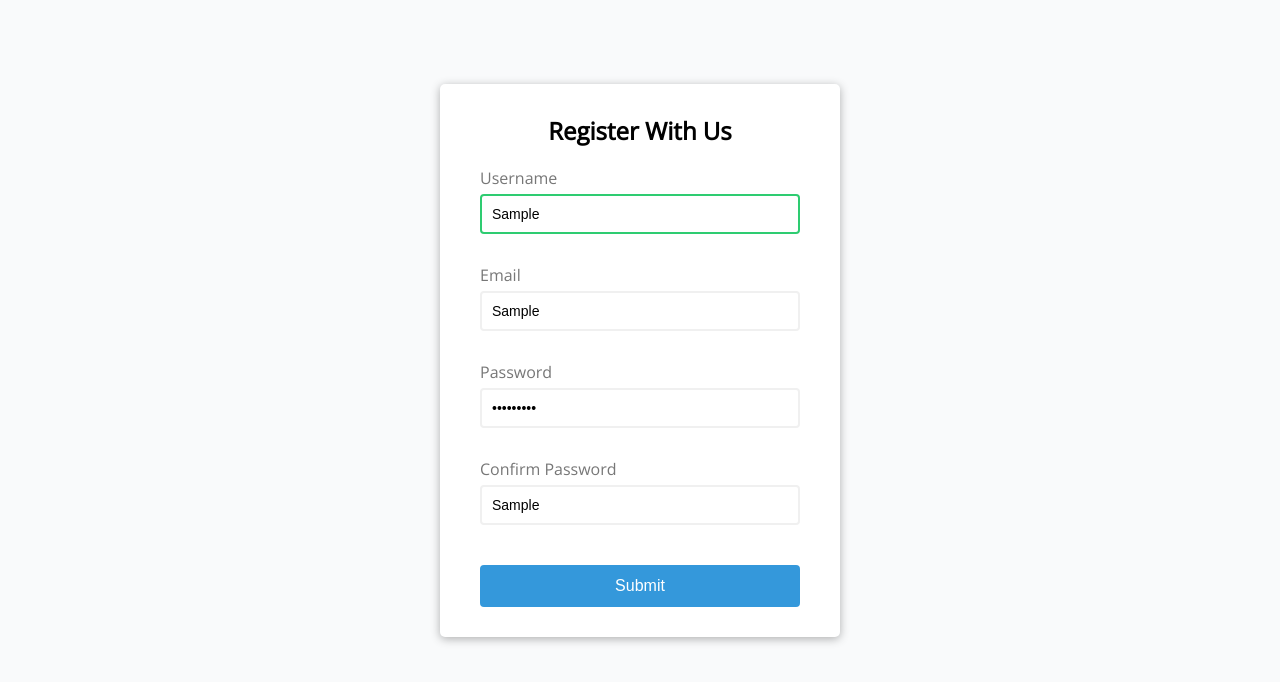
Repository: Youvelop/formValidator
Page: index.html
The author's editor kept a copy of each file at every save. The page is drawn from the files as they stood at one save, then again after the next save.
The browser window is 1280 px wide. The pictures show the whole page.
Empty fields were first filled with sample values (such as "Sample", 5 or name@example.com).
After loading, the first visible `#form` was submitted once.

Above is the page before, as saved 2020-06-25 19:16:23.

### index.html
<!DOCTYPE html>
<html lang="en">
  <head>
    <meta charset="UTF-8" />
    <meta name="viewport" content="width=device-width, initial-scale=1.0" />
    <link rel="stylesheet" href="style.css" />
    <title>Form Validator</title>
  </head>
  <body>
    <div class="container">
      <form id="form" class="form">
        <h2>Register With Us</h2>
        <div class="form-control">
          <label for="username">Username</label>
          <input type="text" id="username" placeholder="Enter username" />
          <small>Error Message</small>
        </div>
        <div class="form-control">
          <label for="email">Email</label>
          <input type="text" id="email" placeholder="Enter email" />
          <small>Error Message</small>
        </div>
        <div class="form-control">
          <label for="password">Password</label>
          <input type="password" id="password" placeholder="Enter password" />
          <small>Error Message</small>
        </div>
        <div class="form-control">
          <label for="password2">Confirm Password</label>
          <input
            type="text"
            id="password2"
            placeholder=" Enter password again"
          />
          <small>Error Message</small>
        </div>
        <button type="submit">Submit</button>
      </form>
    </div>
    <script src="app.js"></script>
  </body>
</html>

### style.css
@import url('https://fonts.googleapis.com/css?family=Open+Sans&display=swap');

:root {
  --success-color: #2ecc71;
  --error-color: #e74c3c;
}

* {
  box-sizing: border-box;
}

body {
  background-color: #f9fafb;
  font-family: 'Open Sans', sans-serif;
  display: flex;
  align-items: center;
  justify-content: center;
  min-height: 100vh;
  margin: 0;
}

.container {
  background-color: #fff;
  border-radius: 5px;
  box-shadow: 0 2px 10px rgba(0, 0, 0, 0.3);
  width: 400px;
}

h2 {
  text-align: center;
  margin: 0 0 20px;
}

.form {
  padding: 30px 40px;
}

.form-control {
  margin-bottom: 10px;
  padding-bottom: 20px;
  position: relative;
}

.form-control label {
  color: #777;
  display: block;
  margin-bottom: 5px;
}

.form-control input {
  border: 2px solid #f0f0f0;
  border-radius: 4px;
  display: block;
  width: 100%;
  padding: 10px;
  font-size: 14px;
}

.form-control input:focus {
  outline: 0;
  border-color: #777;
}

.form-control.success input {
  border-color: var(--success-color);
}

.form-control.error input {
  border-color: var(--error-color);
}

.form-control small {
  color: var(--error-color);
  position: absolute;
  bottom: 0;
  left: 0;
  visibility: hidden;
}

.form-control.error small {
  visibility: visible;
}

.form button {
  cursor: pointer;
  background-color: #3498db;
  border: 2px solid #3498db;
  border-radius: 4px;
  color: #fff;
  display: block;
  font-size: 16px;
  padding: 10px;
  margin-top: 20px;
  width: 100%;
}

### app.js
const form = document.getElementById('form');
const username = document.getElementById('username');
const email = document.getElementById('email');
const password = document.getElementById('password');
const password2 = document.getElementById('password2');

// Functions

// Show input error message
function showError(input, message) {
  const formControl = input.parentElement;
  formControl.className = 'form-control error';
  const small = formControl.querySelector('small');
  small.innerText = message;
}

// Show success outline
function showSuccess(input) {
  const formControl = input.parentElement;
  formControl.className = 'form-control success';
}

// Event Listeners
form.addEventListener('submit', function (e) {
  e.preventDefault();

  if (username.value === '') {
    showError(username, 'Username is required');
  } else {
    showSuccess(username);
  }
});

After the next save:
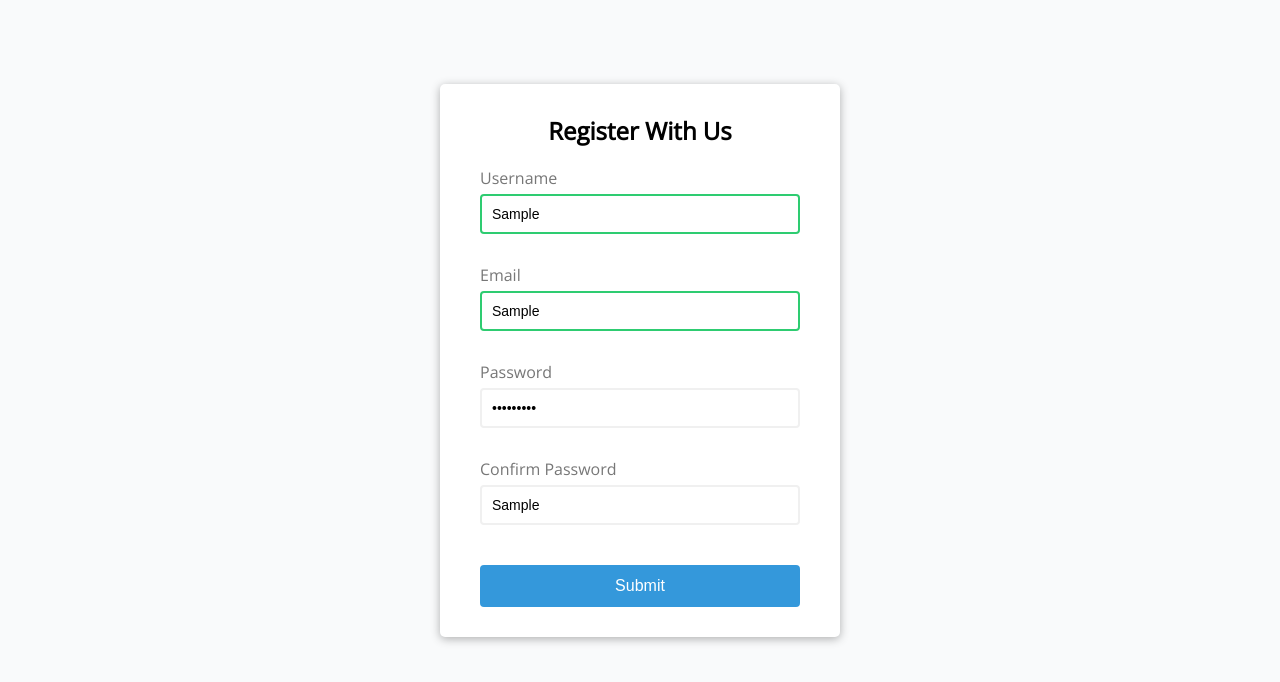
Saved 71 s later.
--- a/app.js
+++ b/app.js
@@ -29,4 +29,10 @@ form.addEventListener('submit', function (e) {
   } else {
     showSuccess(username);
   }
+
+  if (email.value === '') {
+    showError(email, 'Username is required');
+  } else {
+    showSuccess(email);
+  }
 });
